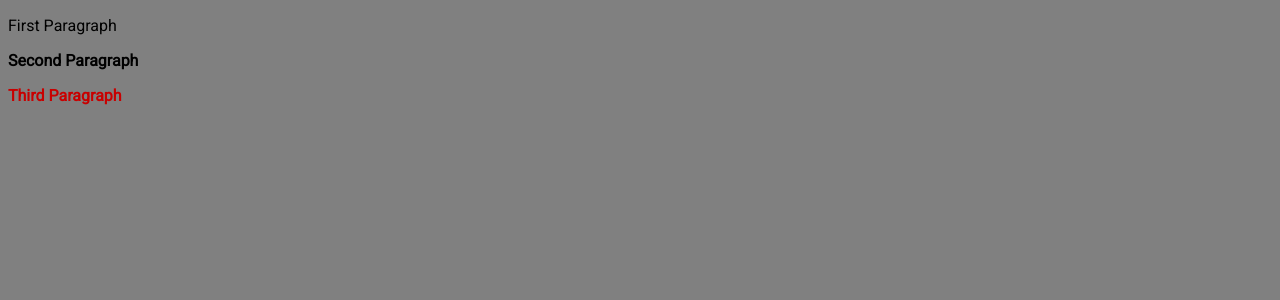
Repository: pranavi481/Assignments
Page: fontfamily.html
The author's editor kept a record of every edit. The page is drawn from the files as they stood at one moment, then again after the next edit.
The browser window is 1280 px wide. The pictures show the whole page.
Some web fonts or font styles are not loaded; a fallback is used.

Above is the page before.

After the next edit:
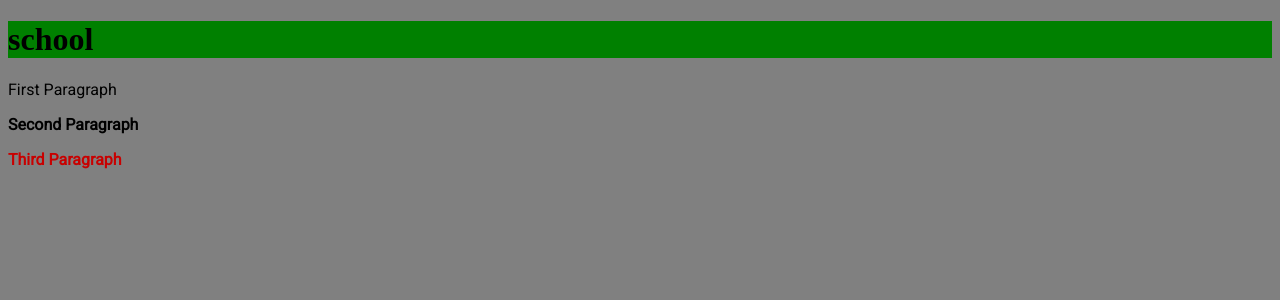
The edit:
--- a/fontfamily.html
+++ b/fontfamily.html
@@ -37,6 +37,9 @@
         </style>
     </head>
     <body>
+        <h1>
+            school
+        </h1>
         <p class="normal">
             First Paragraph
         </p>
